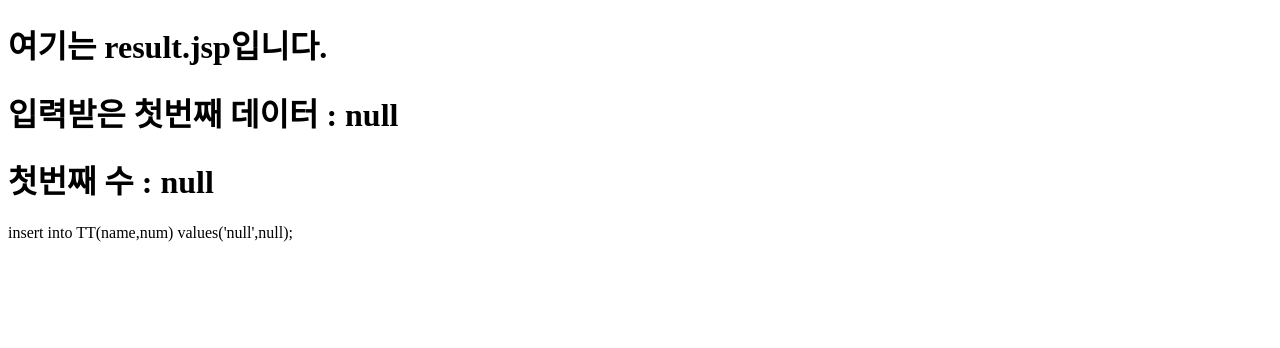
Repository: MySunTY/JSP
Page: http://localhost/JSP04/result.jsp
These files come from the project's save history. The page is drawn as it stood at one moment and after the next save; the edit follows.
The browser window is 1280 px wide. The pictures show the whole page.
The page is served by Tomcat 9.

Above is the page before, as saved 2024-05-10 01:56:26.

### JSP04/src/main/webapp/result.jsp
<%@ page language="java" contentType="text/html; charset=utf-8"
    pageEncoding="utf-8"%>
<!DOCTYPE html>
<html>
	<head>
		<meta charset="utf-8">
		<title>데이터 확인</title>
	</head>
	<body>
		<% String A = request.getParameter("nm");
			String B = request.getParameter("first");
			String sql = "insert into TT(name,num) values('"+A+"',"+B+");";
		%>

		<h1>여기는 result.jsp입니다.</h1>
		<h1>입력받은 첫번째 데이터 : <%=A %></h1>
		<h1>첫번째 수 : <%=B %></h1>
		<p><%=sql %></p>

	</body>
</html>

After the next save:
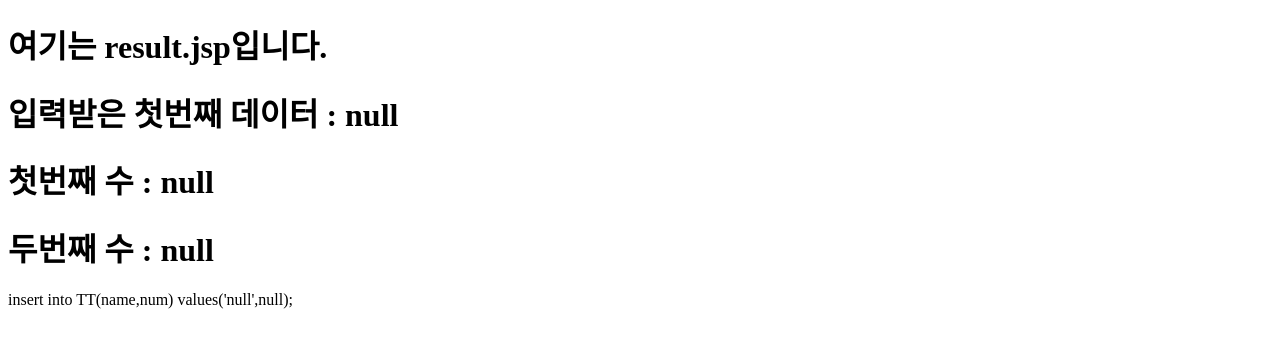
Saved 44 s later.
--- a/JSP04/src/main/webapp/result.jsp
+++ b/JSP04/src/main/webapp/result.jsp
@@ -9,12 +9,14 @@
 	<body>
 		<% String A = request.getParameter("nm");
 			String B = request.getParameter("first");
+			String C = request.getParameter("second");
 			String sql = "insert into TT(name,num) values('"+A+"',"+B+");";
 		%>
 
 		<h1>여기는 result.jsp입니다.</h1>
 		<h1>입력받은 첫번째 데이터 : <%=A %></h1>
 		<h1>첫번째 수 : <%=B %></h1>
+		<h1>두번째 수 : <%=C %></h1>
 		<p><%=sql %></p>
 
 	</body>
